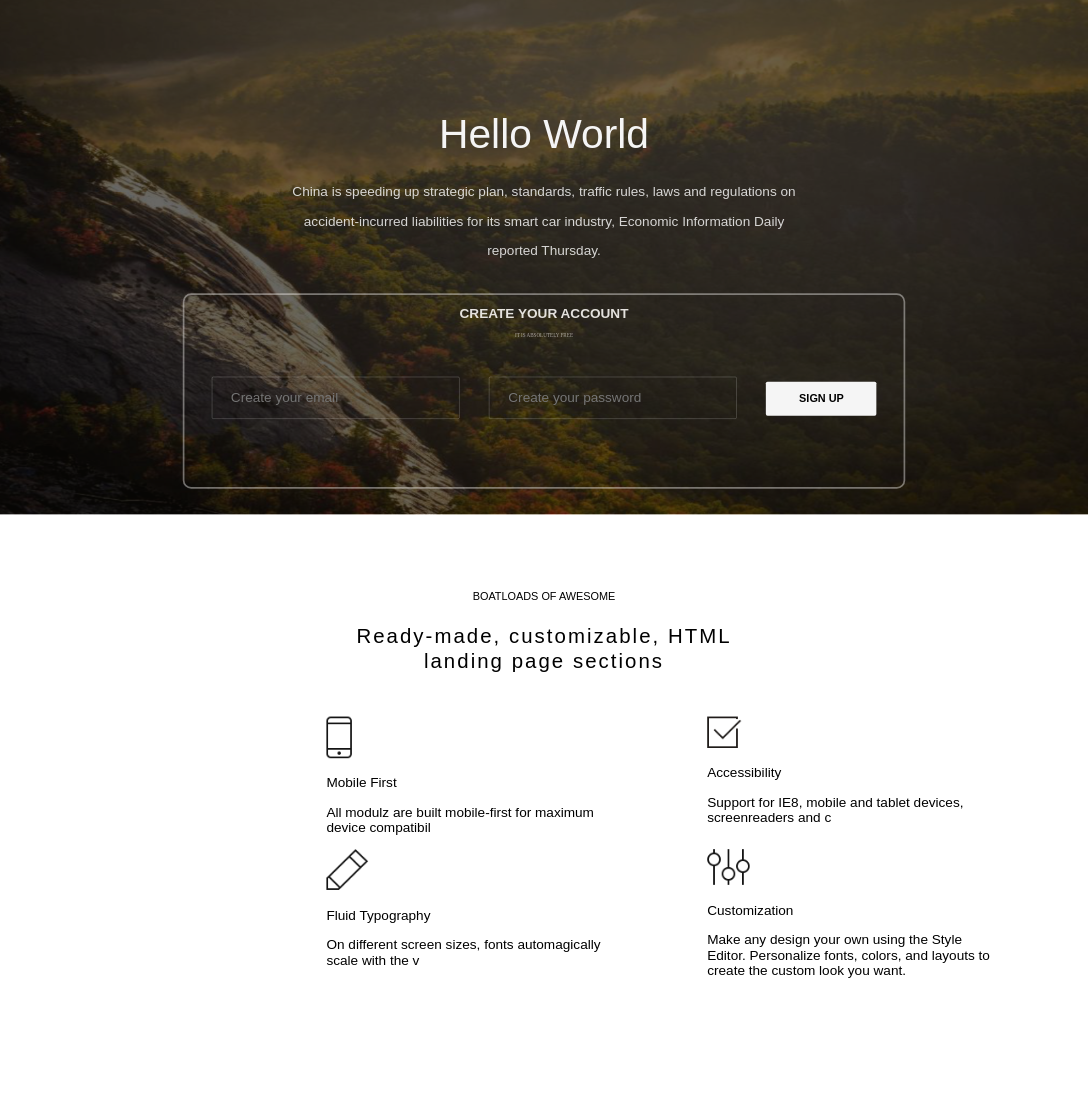
Repository: sogeisetsu/suy-ife
Page: 009-011/index.html
These files come from the project's save history. The page is drawn as it stood at one moment and after the next save; the edit follows.
The browser window is 1280 px wide. The pictures show the whole page, at 85% of full size.

Above is the page before, as saved 2019-10-11 22:27:15.

After the next save:
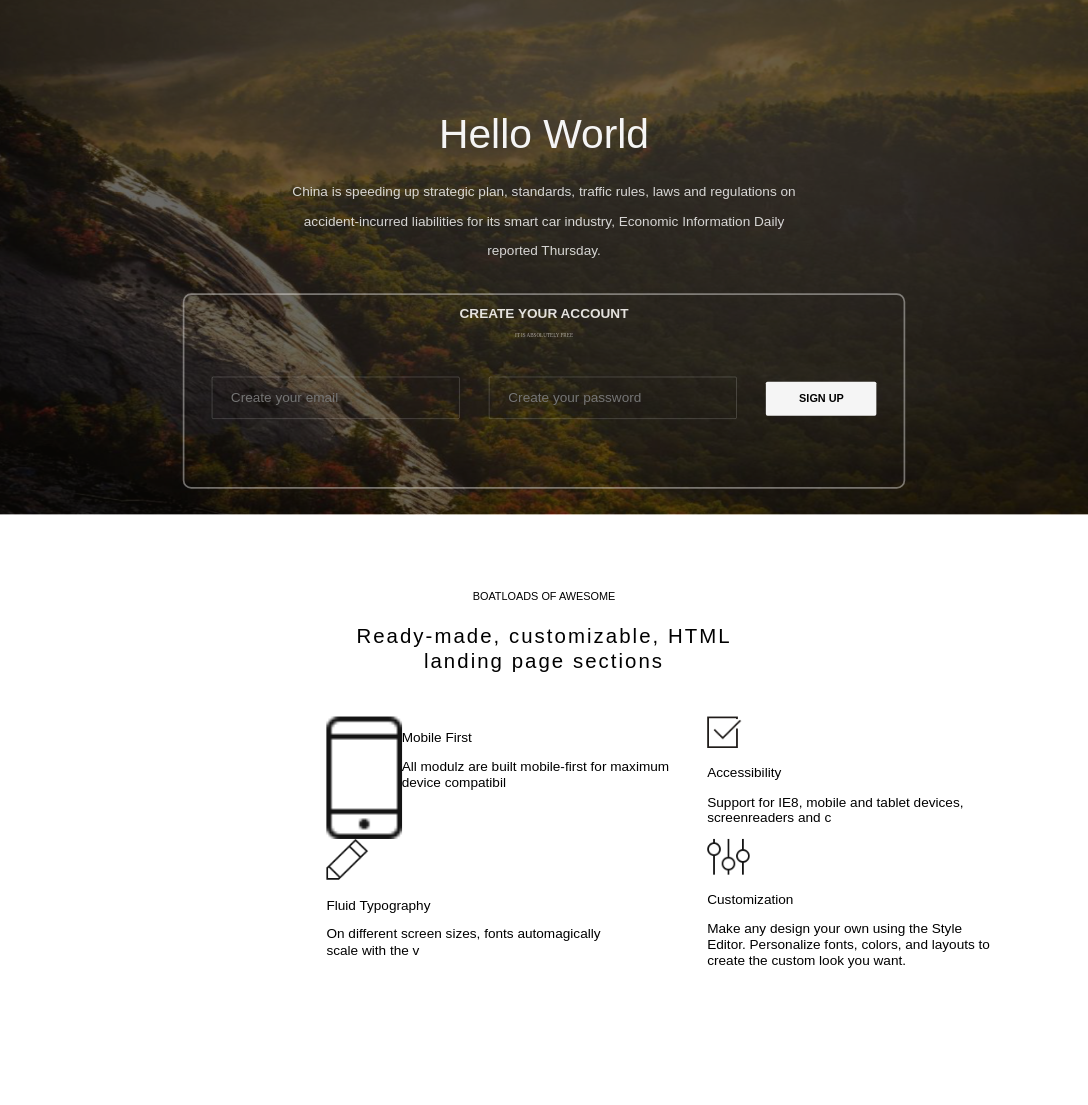
Saved 48 s later.
--- a/009-011/index.css
+++ b/009-011/index.css
@@ -131,3 +131,6 @@ input{
 .iphone,.check,.pencil,.setting{
     flex: 50%;
 }
+.iphone{
+    display: flex;
+}

After the save that followed:
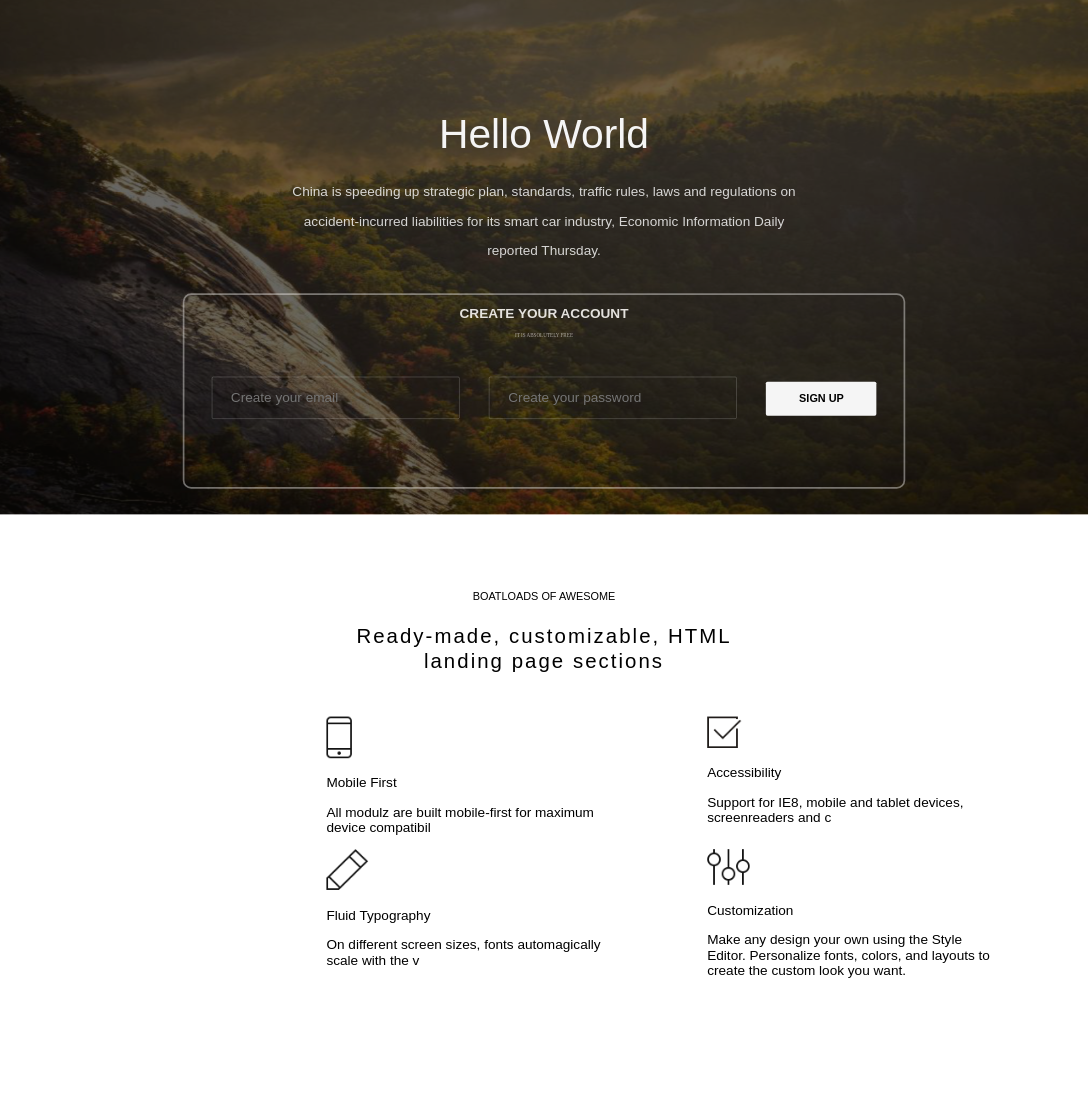
Saved 98 s later.
--- a/009-011/index.css
+++ b/009-011/index.css
@@ -132,5 +132,5 @@ input{
     flex: 50%;
 }
 .iphone{
-    display: flex;
+
 }
